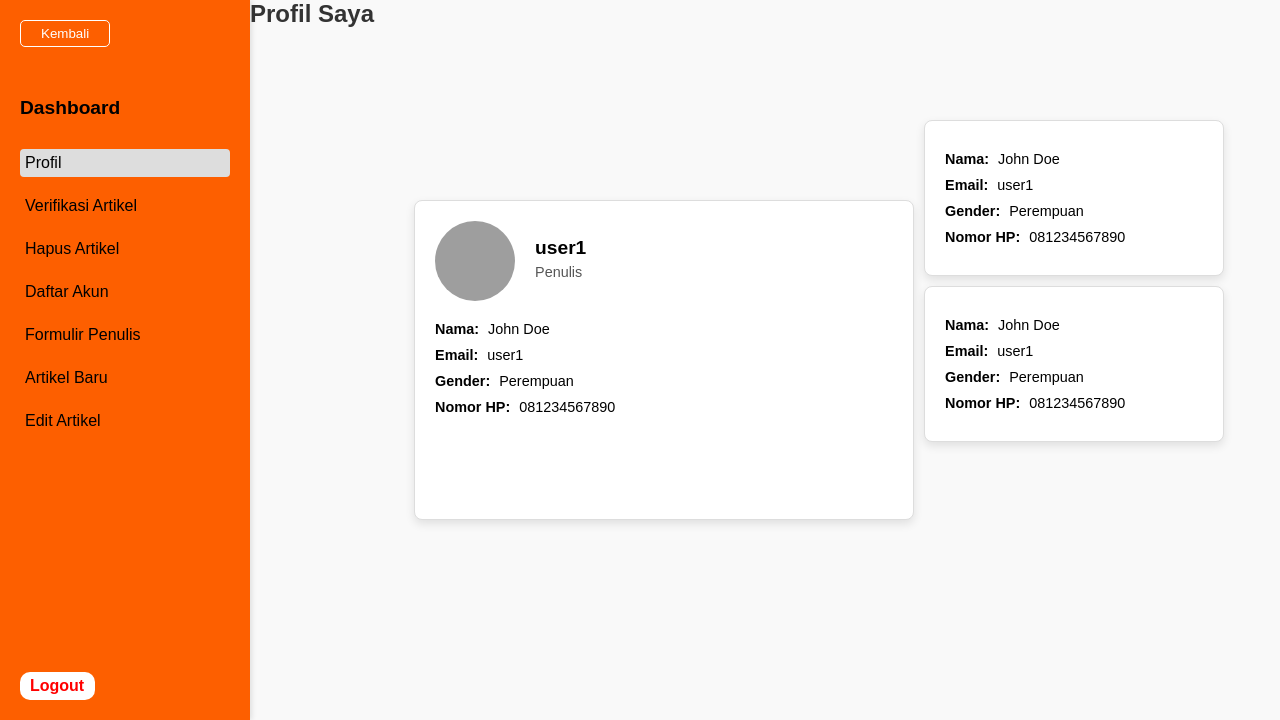
Repository: novalArd/Website_Berita_360News
Page: http://localhost/tes/Profile.php
An editor plug-in stored every save of this project. The page is shown before and after a run of saves, followed by the edit.
The browser window is 1280 px wide. The pictures show the whole page.
Pictures or frames that could not be fetched are drawn as grey boxes. The page is run by PHP 8.4 with error messages shown; the project is at /var/www/html/. The session is filled in as if someone had signed in: {"user_id": 1, "username": "user1", "role": "admin", "nama_lengkap": "John Doe", "jenis_kelamin": "", "nomor_hp": "081234567890"}. The database holds what the project's SQL file puts in it.

Above is the page before, as saved 2024-12-16 23:50:39.

After the next 2 saves:
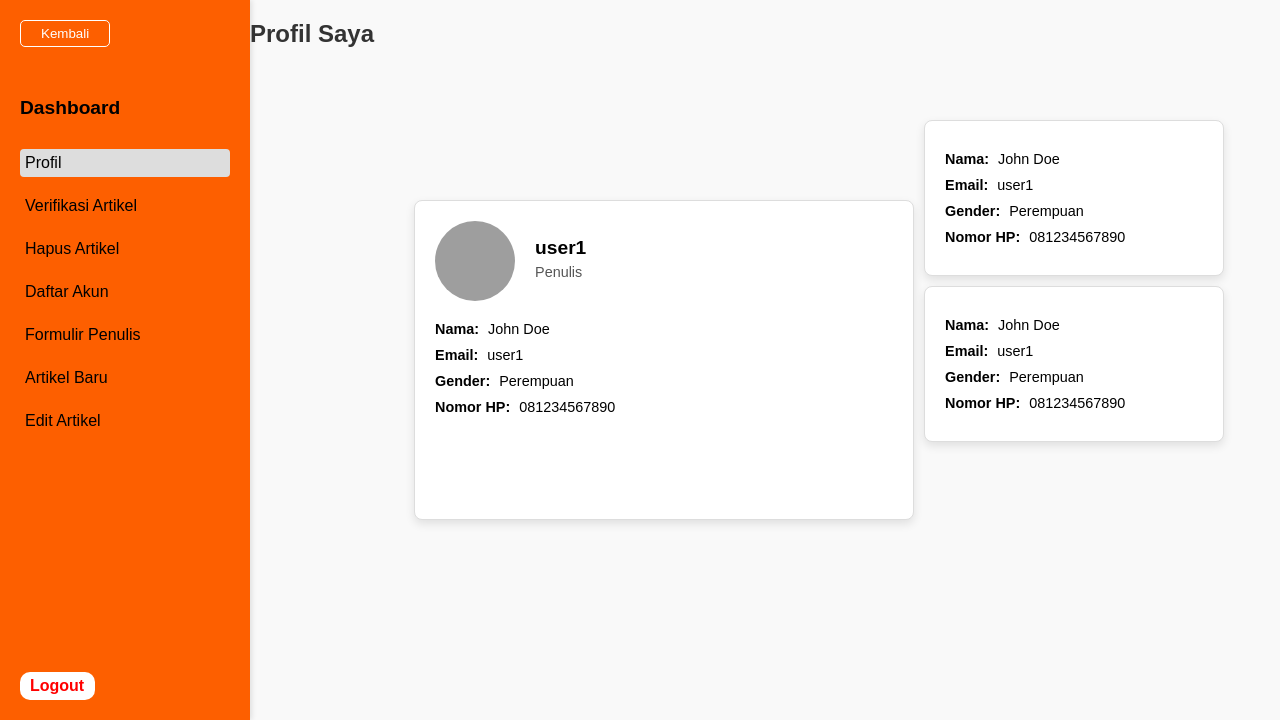
The 2 saves are shown as one change because they came seconds apart.
The last was saved 5 s later.
--- a/tes/profile.css
+++ b/tes/profile.css
@@ -107,7 +107,7 @@ body {
   font-size: 1.5em;
   color: #333;
   text-align: center;
-  margin: ;
+  margin: 20px auto;
 }
 
 /* Profile Card */
